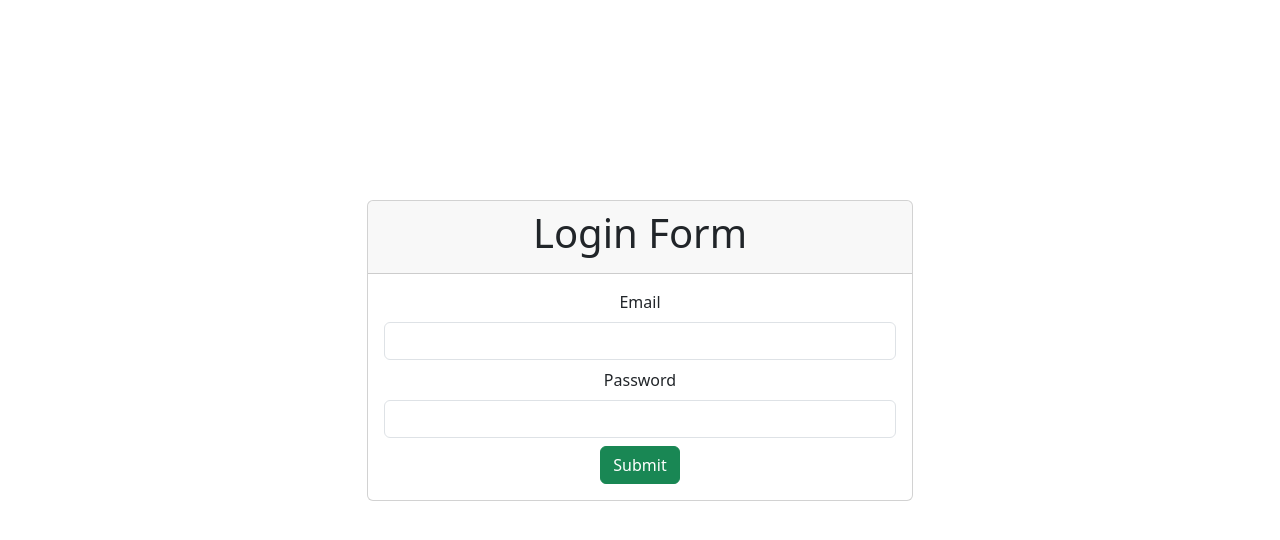
Repository: Laxman-Nath/java-internship
Page: http://localhost/Demo/login.jsp
An editor plug-in stored every save of this project. The page is shown before and after the next save, followed by the edit.
The browser window is 1280 px wide. The pictures show the whole page.
The page is served by Tomcat 9. Other server files are loaded and not shown.

Above is the page before, as saved 2024-09-01 10:21:05.

### Servlet_JSP/Demo/src/main/webapp/login.jsp
<%@ page language="java" contentType="text/html; charset=UTF-8"
	pageEncoding="UTF-8"%>
<!DOCTYPE html>
<html>
<head>
<meta charset="UTF-8">
<title>Login Form</title>
<link
	href="https://cdn.jsdelivr.net/npm/bootstrap@5.3.3/dist/css/bootstrap.min.css"
	rel="stylesheet"
	integrity="sha384-QWTKZyjpPEjISv5WaRU9OFeRpok6YctnYmDr5pNlyT2bRjXh0JMhjY6hW+ALEwIH"
	crossorigin="anonymous">
</head>
<body>
	<div class="container" style="margin-top:200px;">
	<div class="row">
	<div class="col-md-6 offset-md-3">
	<div class="card">
	<div class="card-header"><h1 class="text-center">Login Form</h1></div>
	<div class="card-body" class="">
	  <form action="" method="" class="text-center">
	   <div class="mb-2">
	   <label class="form-label">Email</label>
	   <input type="email" required class="form-control">
	   </div>
	   <div class="mb-2">
	   <label class="form-label">Password</label>
	   <input type="password" required class="form-control">
	   </div>
	   <button class="btn btn-success" type="submit">Submit</button>
	  </form>
	</div>
	</div>
	</div>
	</div>
	</div>

</body>
<script
	src="https://cdn.jsdelivr.net/npm/bootstrap@5.3.3/dist/js/bootstrap.bundle.min.js"
	integrity="sha384-YvpcrYf0tY3lHB60NNkmXc5s9fDVZLESaAA55NDzOxhy9GkcIdslK1eN7N6jIeHz"
</html>

After the next save:
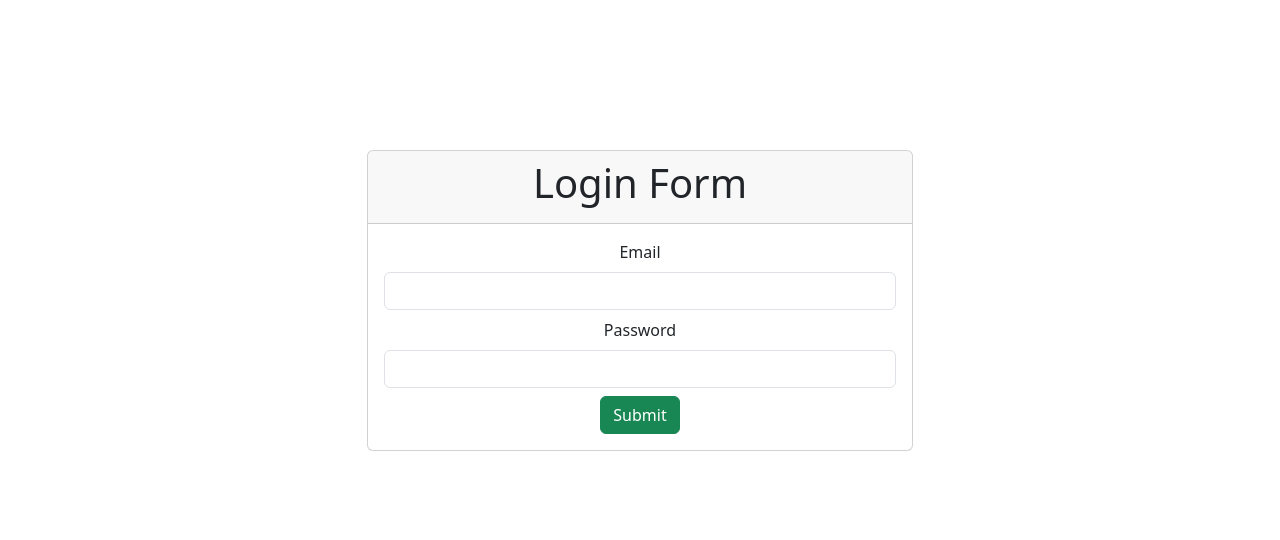
Saved 10 s later.
--- a/Servlet_JSP/Demo/src/main/webapp/login.jsp
+++ b/Servlet_JSP/Demo/src/main/webapp/login.jsp
@@ -12,7 +12,7 @@
 	crossorigin="anonymous">
 </head>
 <body>
-	<div class="container" style="margin-top:200px;">
+	<div class="container" style="margin-top:150px;">
 	<div class="row">
 	<div class="col-md-6 offset-md-3">
 	<div class="card">
